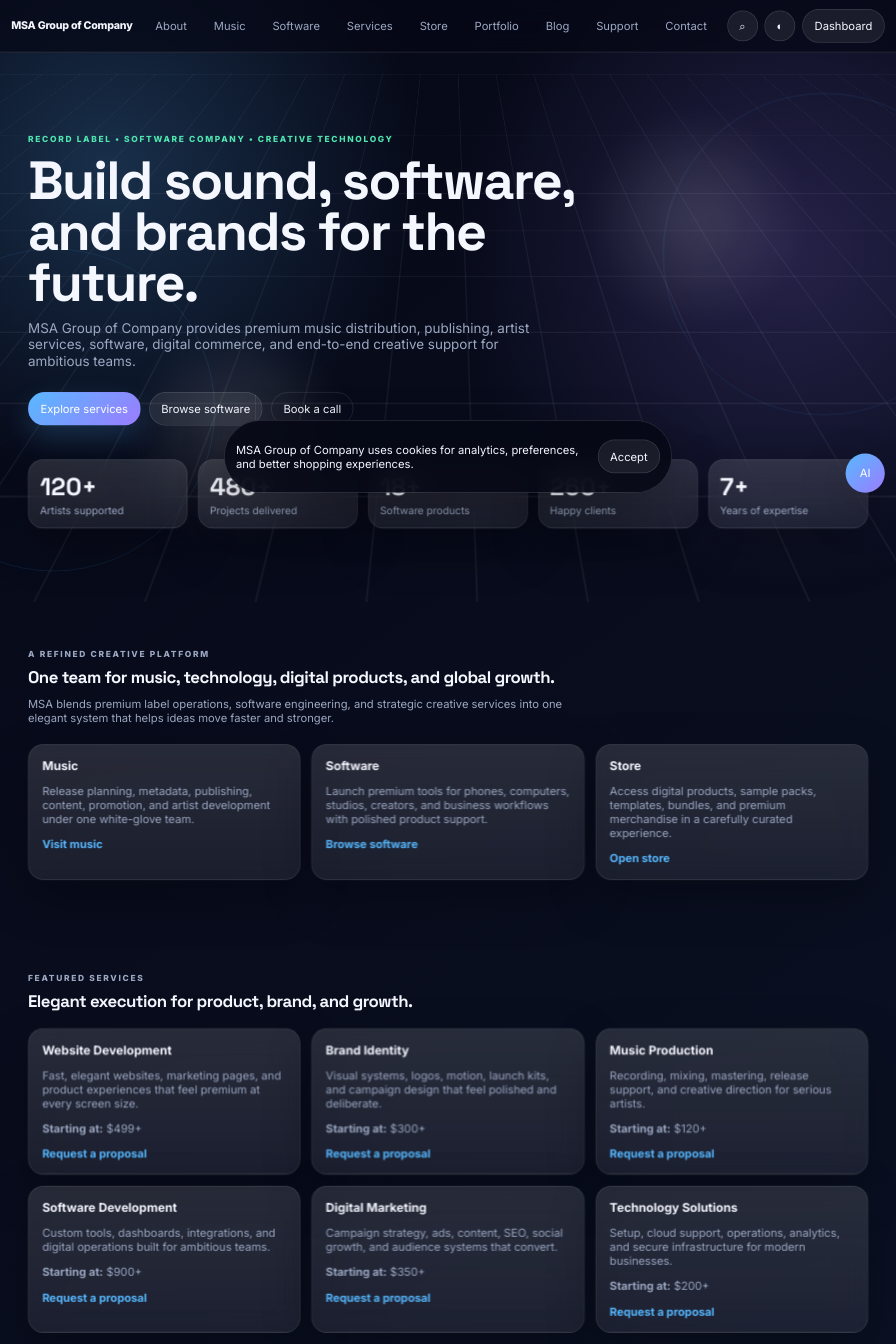
Repository: wifiasert/MSA-Group-of-Company
Page: index.html
An editor plug-in stored every save of this project. The page is shown before and after the next save, followed by the edit.
The browser window is 1280 px wide. The pictures show the part of the page from y = 0 to 1920 px (the page is 2971 px tall before and 2992 px after), at 70% of full size.

Above is the page before, as saved 2026-07-10 03:06:26.

After the next save:
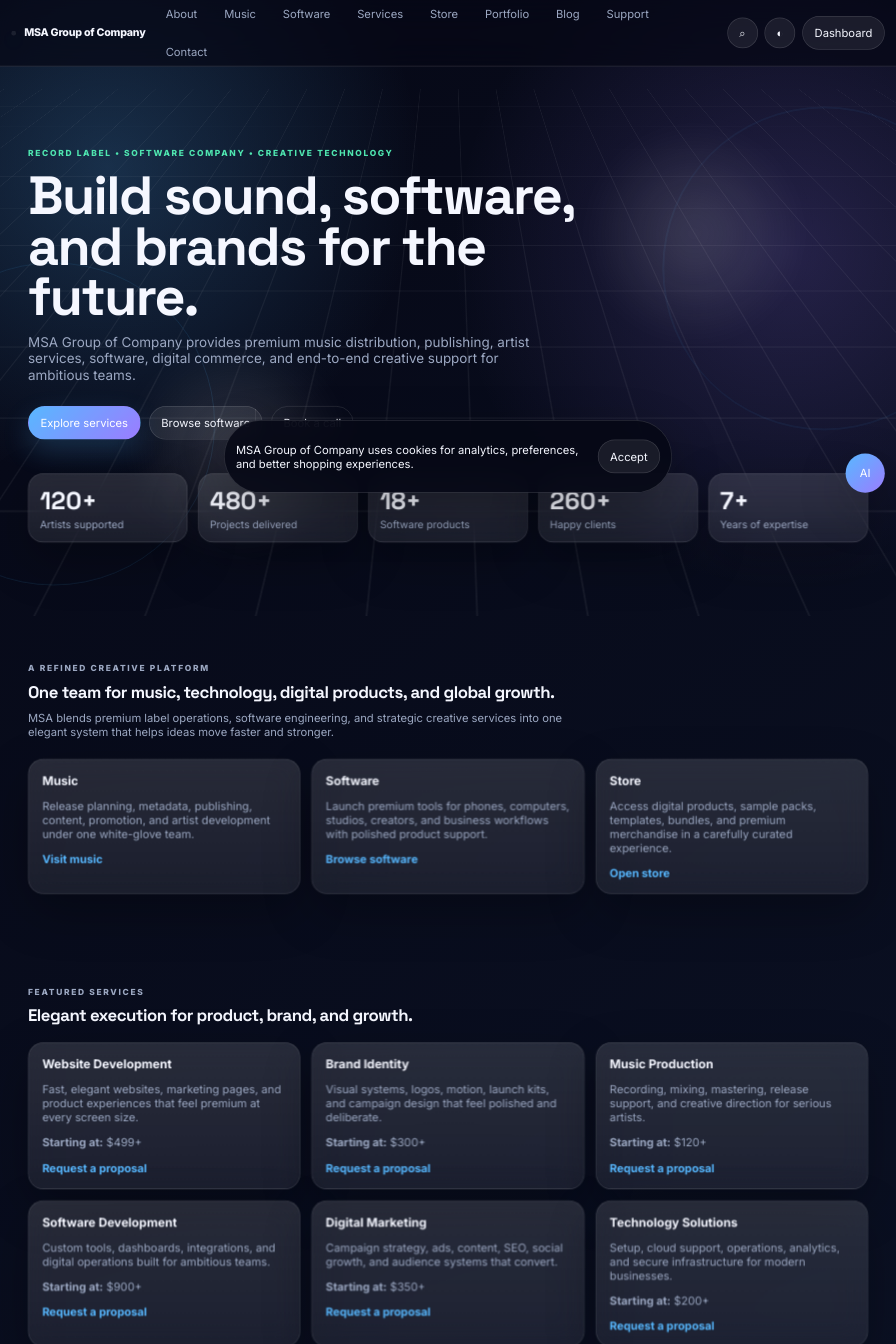
Saved 99 s later.
--- a/index.html
+++ b/index.html
@@ -22,7 +22,7 @@
   <a class="skip-link" href="#main">Skip to content</a>
   <header class="site-header">
     <nav class="nav-shell" aria-label="Primary navigation">
-      <a class="brand" href="/" aria-label="MSA Group of Company home"><span class="brand-text">MSA Group of Company</span></a>
+      <a class="brand" href="/" aria-label="MSA Group of Company home"><img class="brand-logo" src="/images/logo%20n%20copy.jpg" alt="MSA Group of Company logo"><span class="brand-text">MSA Group of Company</span></a>
       <button class="icon-button nav-toggle" type="button" aria-label="Open navigation" aria-expanded="false">☰</button>
       <div class="nav-links" id="navLinks">
         <div class="nav-item"><a href="/about/">About</a></div>
@@ -58,7 +58,7 @@
     <section class="section reveal"><div class="section-heading"><p class="eyebrow">Client experience</p><h2>Everything you need to submit, shop, manage, and grow in one place.</h2></div><div class="content-grid"><article class="glass-card"><h3>Submit music</h3><p>Share your next release with a professional team that understands global rollout, branding, and audience growth.</p><a class="secondary-button" href="/music/artist-services/">Join the label</a></article><article class="glass-card"><h3>Open a dashboard</h3><p>Manage orders, subscriptions, downloads, ticket support, and account details from a calm and secure panel.</p><a class="secondary-button" href="/dashboard/">Open dashboard</a></article><article class="glass-card"><h3>Stay in the loop</h3><p>Read product updates, music insights, and creative strategy pieces from the MSA editorial desk.</p><a class="secondary-button" href="/blog/">Read blog</a></article></div></section>
   </main>
   <footer class="site-footer">
-    <div><a class="brand" href="/" aria-label="MSA Group of Company home"><span class="brand-text">MSA Group of Company</span></a><p>Music, software, creative production, digital commerce, and technology solutions.</p></div>
+    <div><a class="brand" href="/" aria-label="MSA Group of Company home"><img class="brand-logo" src="/images/logo%20n%20copy.jpg" alt="MSA Group of Company logo"><span class="brand-text">MSA Group of Company</span></a><p>Music, software, creative production, digital commerce, and technology solutions.</p></div>
     <form class="newsletter" data-form="newsletter"><label>Newsletter<input required type="email" placeholder="Email address"></label><button class="secondary-button" type="submit">Subscribe</button></form>
   </footer>
   <dialog class="modal" id="searchModal"><button class="icon-button close-modal" data-close type="button">×</button><h2>Search MSA Group of Company</h2><input id="siteSearch" placeholder="Search services, products, support, blog..."><div id="searchResults" class="search-results"></div></dialog>
--- a/styles.css
+++ b/styles.css
@@ -69,6 +69,9 @@
 }
 .brand {
   display: inline-flex; align-items: center; gap: .72rem; font-weight: 800; letter-spacing: -.02em; white-space: nowrap;
+}
+.brand-logo {
+  width: 3px; height: 3px; object-fit: contain; border-radius: 12px; padding: .22rem; background: rgba(255,255,255,.08); box-shadow: 0 10px 24px rgba(88,184,255,.16);
 }
 .brand-text { line-height: 1.1; font-size: .95rem; }
 .nav-links { display: flex; align-items: center; gap: .8rem; margin-left: auto; flex-wrap: wrap; }
